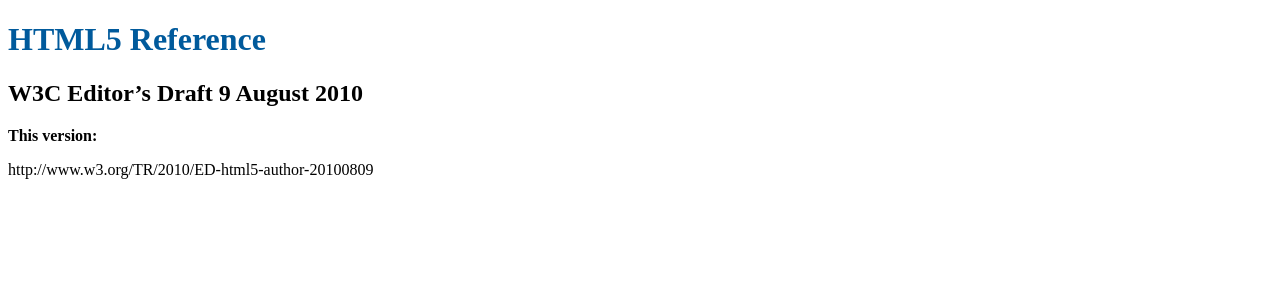
Repository: heoSuKyeong/client_Ssanyong
Page: ClientTest/src/main/webapp/html/q005.html
These files come from the project's save history. The page is drawn as it stood at one moment and after the next save; the edit follows.
The browser window is 1280 px wide. The pictures show the whole page.

Above is the page before, as saved 2023-09-20 03:29:27.

### ClientTest/src/main/webapp/html/q005.html
<!DOCTYPE html>
<html>
<head>
<meta charset="UTF-8">
<title>Insert title here</title>
</head>
<body>

	<h1><font color="#005A9C">HTML5 Reference</font></h1>
	<h2>W3C Editor’s Draft 9 August 2010</h2>
	<b>This version:</b>
	<p>http://www.w3.org/TR/2010/ED-html5-author-20100809</p>

</body>
</html>

After the next save:
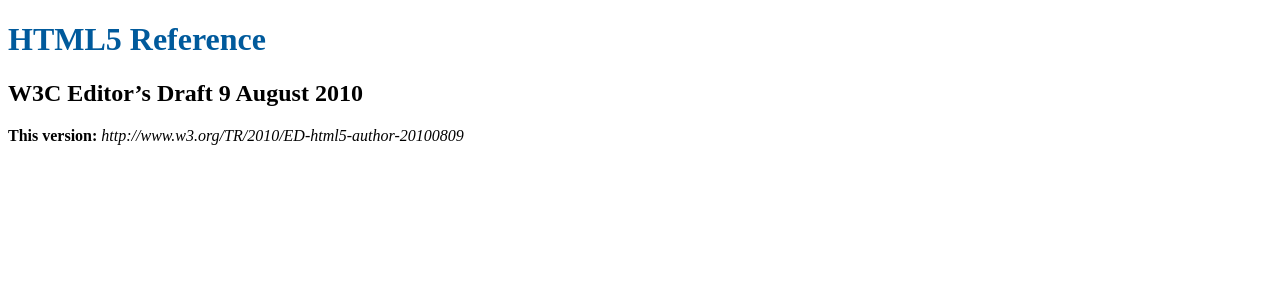
Saved 2 min 8 s later.
--- a/ClientTest/src/main/webapp/html/q005.html
+++ b/ClientTest/src/main/webapp/html/q005.html
@@ -9,7 +9,7 @@
 	<h1><font color="#005A9C">HTML5 Reference</font></h1>
 	<h2>W3C Editor’s Draft 9 August 2010</h2>
 	<b>This version:</b>
-	<p>http://www.w3.org/TR/2010/ED-html5-author-20100809</p>
+	<i>http://www.w3.org/TR/2010/ED-html5-author-20100809</i>
 
 </body>
 </html>
